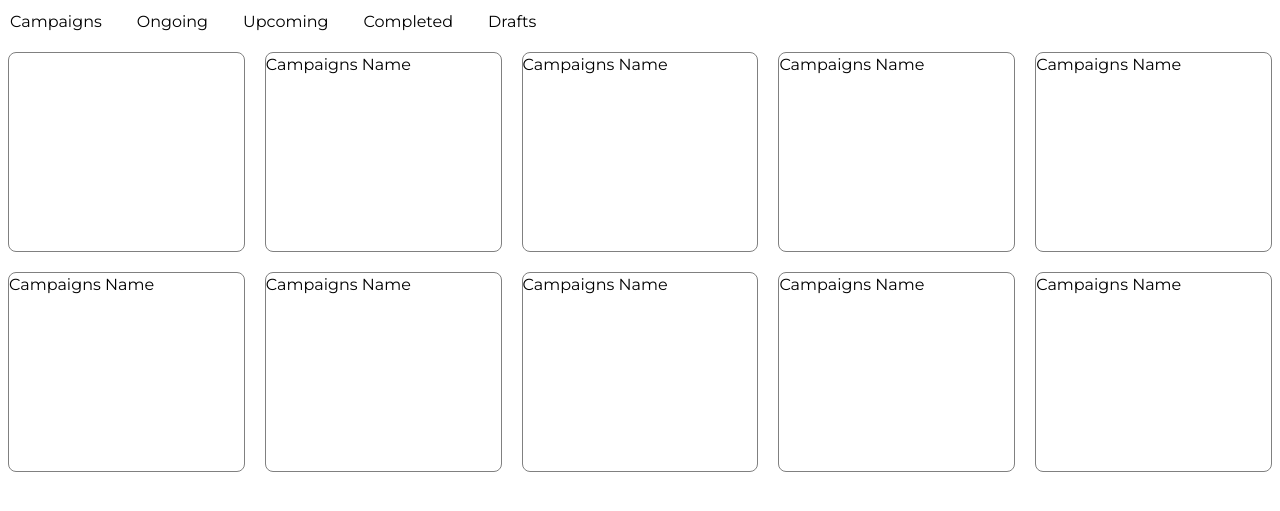
Repository: meghana-m-revankar/Campaignspage
Page: src/index.html
The author's editor kept a copy of each file at every save. The page is drawn from the files as they stood at one save, then again after the next save.
The browser window is 1280 px wide. The pictures show the whole page.

Above is the page before, as saved 2024-10-31 17:19:55.

### src/index.html
<!DOCTYPE html>
<html lang="en">
<head>
    <meta charset="UTF-8">
    <meta name="viewport" content="width=device-width, initial-scale=1.0">
    <link rel="stylesheet" href="./style.css">
    <title>Campaigns</title>
</head>
<body>
    <header>
        <nav>
        <ul>
            <li>Campaigns</li>
            <li>Ongoing</li>
            <li>Upcoming</li>
            <li>Completed</li>
            <li>Drafts</li>
        </ul>
        </nav>

    </header>
  <main>
    <div class="cardContainer">
     <div class="item">

     </div>
      <div class="item">
       Campaigns Name
     </div>
     <div class="item">
        Campaigns Name
     </div>
     <div class="item">
      Campaigns Name
     </div>
     <div class="item">
      Campaigns Name
     </div>
     <div class="item">
       Campaigns Name
     </div>
     <div class="item">
        Campaigns Name
     </div>
     <div class="item">
       Campaigns Name
     </div>
      <div class="item">
       Campaigns Name
     </div>
      <div class="item">
      Campaigns Name
     </div>
    </div>
  </main>
</body>
</html>

### src/style.css
@import url('https://fonts.googleapis.com/css2?family=Bebas+Neue&family=Montserrat:ital,wght@0,100..900;1,100..900&display=swap');

/*Global styles*/
*{
    margin: 0;
    padding: 0;
    box-sizing: border-box;
}

/*Root variables*/
:root {
    --primary-bck--clr: #ffffff;
    --primary-txt--clr: #000000;
    --global-font--family:'Montserrat',   sans-serif;
    --primary-font--size:1.5em;
    --secondry-font--size:1.2em;
}

html,body{
    min-height: 100vh;
    width: 100%;
   font-family:var(--global-font--family) ;
   line-height: 1.5;
}

main{
    display: flex;
    margin: 0.5em;
}
header{
    display: flex;
    width: 100%;
}
nav ul{
    display: flex;
    list-style: none;
    gap: 15px;
}
nav ul li{
    padding: 10px;
}
.cardContainer{
   display: flex;
   flex-wrap: wrap;
   gap: 20px;
}
.item {
    display: flex;
    flex: 1 1 calc(20% - 20px);
    width: 200px;
    height: 200px;
    background-color: white;
    border-radius: 8px;
    border: 0.5px solid gray;
}

After the next save:
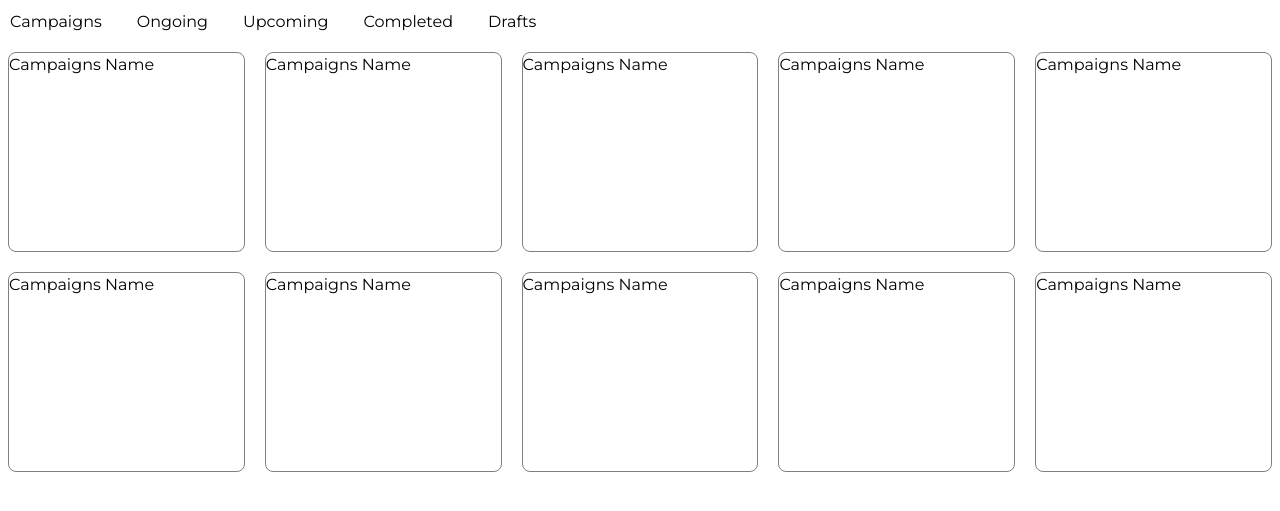
Saved 7 s later.
--- a/src/index.html
+++ b/src/index.html
@@ -22,7 +22,7 @@
   <main>
     <div class="cardContainer">
      <div class="item">
-
+        <span><img src="" alt="">Campaigns Name</span>
      </div>
       <div class="item">
        Campaigns Name
